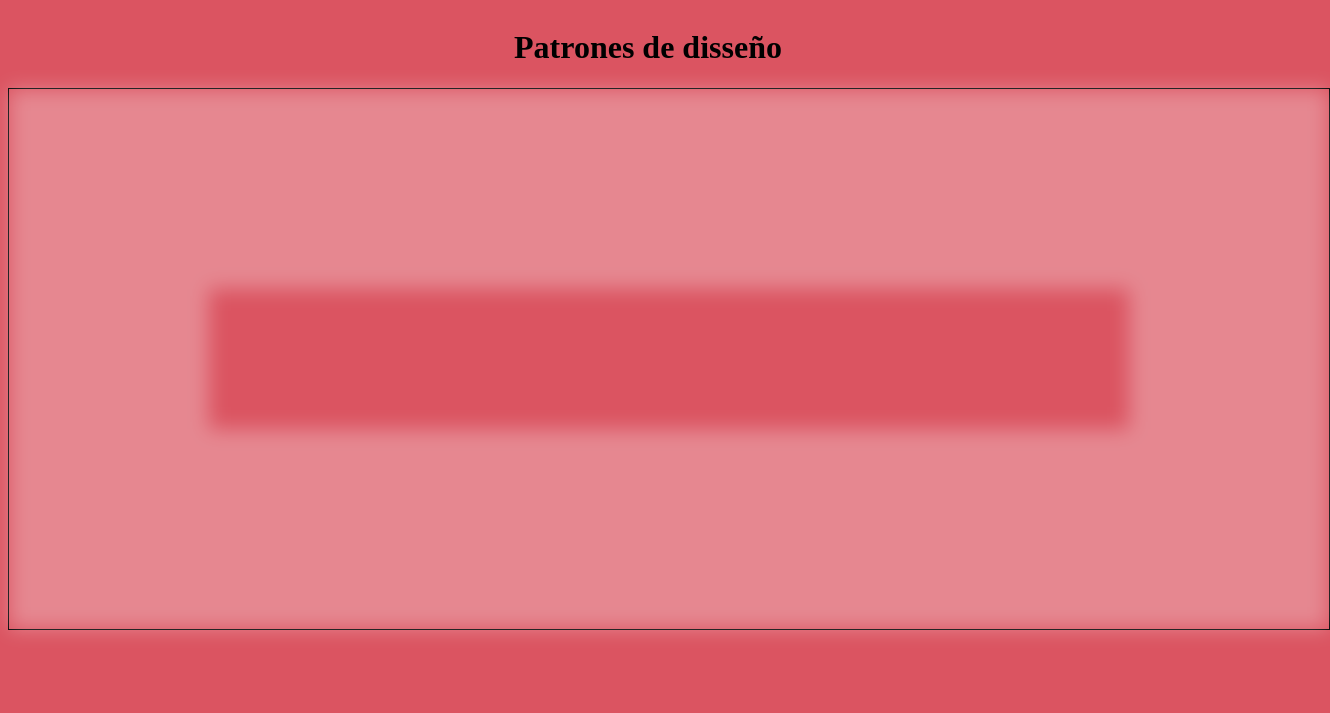
Repository: nrsWebs/design-pattern-es
Page: index.html
An editor plug-in stored every save of this project. The page is shown before and after the next save, followed by the edit.
The browser window is 1280 px wide. The page is 1330 px wide, so the pictures cover 1330 px, including what lies to the right of the window. The pictures show the whole page.

Above is the page before, as saved 2021-02-06 18:29:55.

After the next save:
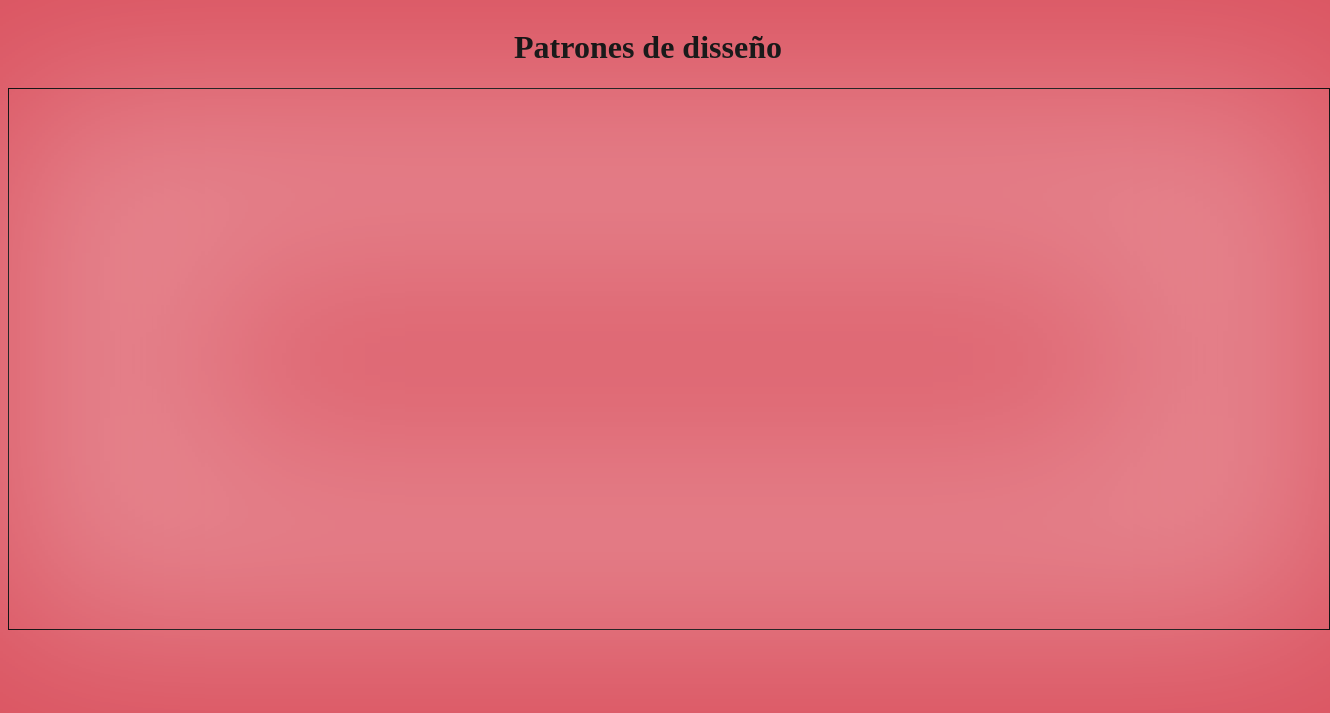
Saved 9 s later.
--- a/source/main.css
+++ b/source/main.css
@@ -48,5 +48,5 @@ h1{
     top: 0;
     bottom: 0;
     box-shadow: inset 0 0 0 200px rgba(255,255,255,0.3);
-    filter: blur(10px);
+    filter: blur(90px);
 }
